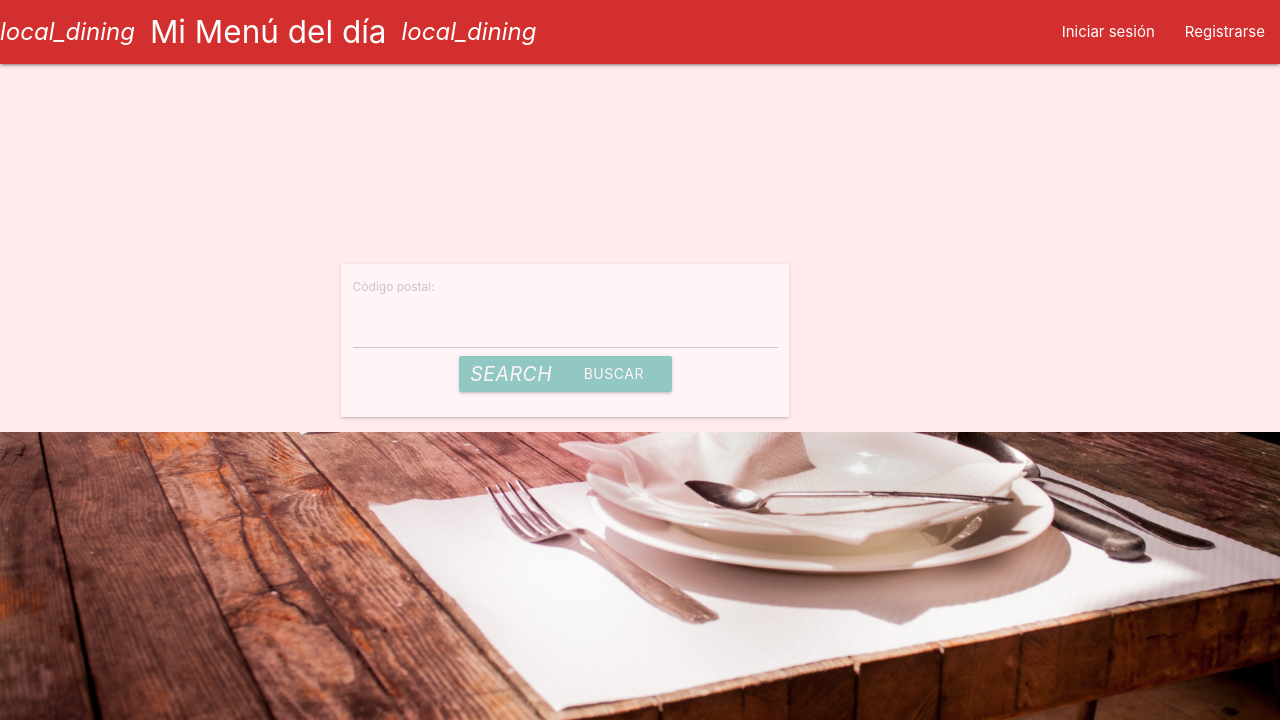
Repository: ixtab/ProyectoJavaRestaurante
Page: http://localhost/MiMenu/
The author's editor kept a copy of each file at every save. The page is drawn from the files as they stood at one save, then again after the next save.
The browser window is 1280 px wide. The pictures show the whole page.
The page is served by Tomcat 9.

Above is the page before, as saved 2019-03-17 19:36:22.

### MiMenu/WebContent/index.jsp
<%@ page language="java" contentType="text/html; charset=ISO-8859-1"
    pageEncoding="ISO-8859-1"%>
<!DOCTYPE html>
<html>
<head>
	<meta charset="utf-8">
      <link href="https://fonts.googleapis.com/icon?family=Material+Icons" rel="stylesheet">
      <link type="text/css" rel="stylesheet" href="css/materialize.min.css"  media="screen,projection"/>
      <link type="text/css" rel="stylesheet" href="css/style.css" />
      <meta name="viewport" content="width=device-width, initial-scale=1.0"/>
	<title>Mi Menú del día</title>

</head>
<body>

	<header>
			<nav>
			    <div class="red darken-2 nav-wrapper">
			      <a href="#" class="brand-logo"><i class="large material-icons">local_dining</i> Mi Menú del día <i class="large material-icons right">local_dining</i></a>
			      <ul id="nav-mobile" class="right hide-on-med-and-down">
			        <li><a href="iniciar.jsp">Iniciar sesión</a></li>
			        <li><a href="registro.jsp">Registrarse</a></li>
			      </ul>
			    </div>
			  </nav>
		</header>

	<div class="margen-superior container row transparente">

		<div class="margen-superior card-panel col s6 offset-s2 padding">

			<form class = "flow-text">
				<label >Código postal:<input type="text" id="cp"></label>
			</form>
			<a class=" margen-inferior waves-effect waves-light btn col s6 offset-s3 hoverable" onclick="buscar()"><i class="material-icons left">search</i>Buscar</a>
		</div>
	</div>


	<script type="text/javascript" src="js/materialize.min.js"></script>
</body>
</html>

### MiMenu/WebContent/css/style.css
html {
    background: url(../img/fondo.jpg) no-repeat center center fixed;
    -webkit-background-size: cover;
    -moz-background-size: cover;
    -o-background-size: cover;
    background-size: cover;
}

body {
	background-color: #ffebee;
}


.margen-superior {
	margin-top: 100px;
}

.margen-inferior {
	margin-bottom: 25px;
}

.mapa {
	display: none;
}

.transparente {
	opacity: 0.5;
}

Loaded but not shown: MiMenu/WebContent/css/materialize.min.css (library); MiMenu/WebContent/js/materialize.min.js (library)

After the next save:
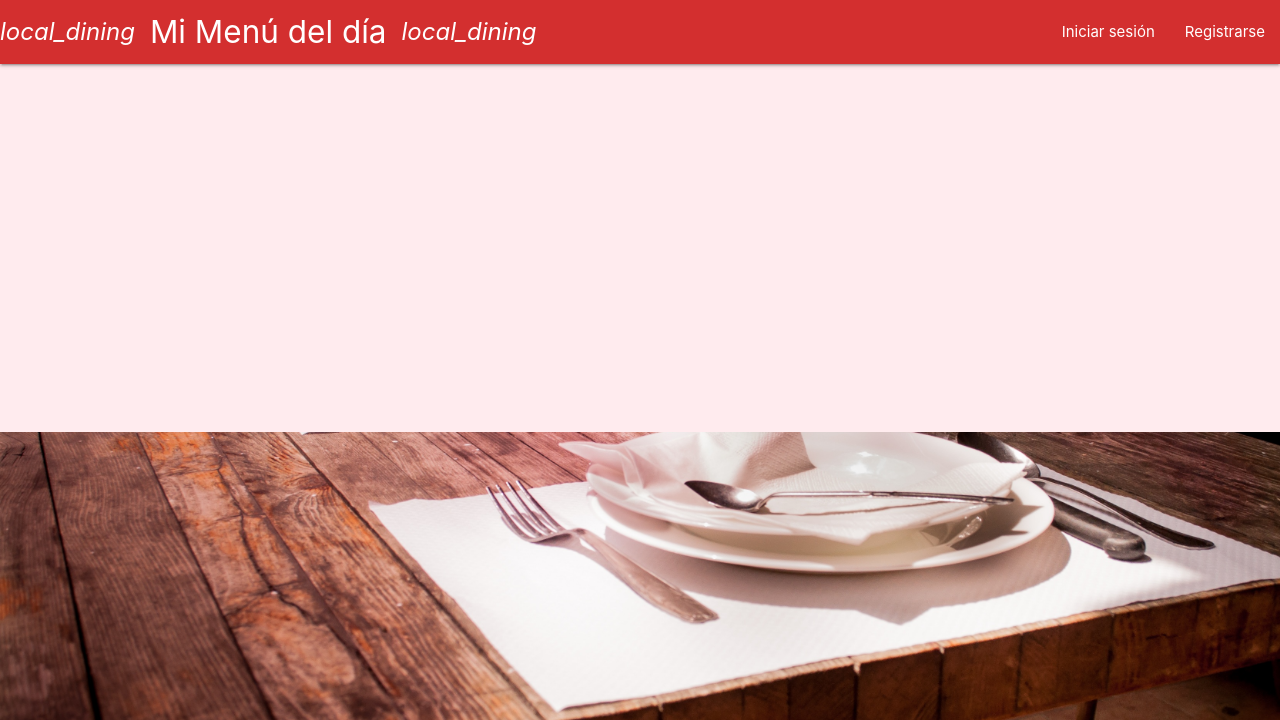
Saved 10 s later.
--- a/MiMenu/WebContent/css/style.css
+++ b/MiMenu/WebContent/css/style.css
@@ -24,5 +24,5 @@ body {
 }
 
 .transparente {
-	opacity: 0.5;
+	opacity: 0;
 }
